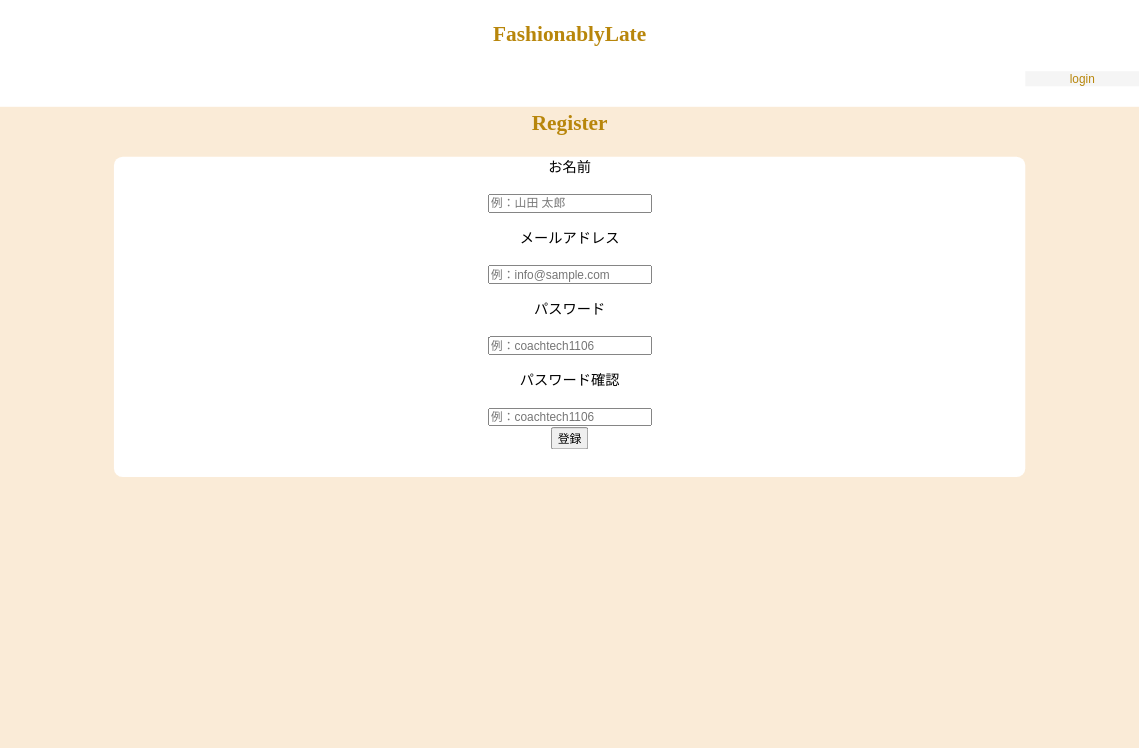
Repository: tokisiro/test-form
Page: http://localhost/register
These files come from the project's save history. The page is drawn as it stood at one moment and after the next save; the edit follows.
The browser window is 1280 px wide. The pictures show the whole page, at 89% of full size.
The page is served by the project's Laravel application, run on PHP 8.4 with Laravel 8. A made-up administrator, Test User (test@example.com), is signed in. Other server files are loaded and not shown.

Above is the page before, as saved 2025-05-07 20:51:28.

### src/routes/web.php
<?php

use Illuminate\Support\Facades\Route;
use App\Http\Controllers\ContactController;
use App\Http\Controllers\UsersController;
use Laravel\Fortify\Http\Controllers\AuthenticatedSessionController;
use Laravel\Fortify\Http\Controllers\RegisteredUserController;
/*
|--------------------------------------------------------------------------
| Web Routes
|--------------------------------------------------------------------------
|
| Here is where you can register web routes for your application. These
| routes are loaded by the RouteServiceProvider within a group which
| contains the "web" middleware group. Now create something great!
|
*/

Route::get('/',[ContactController::class, 'index']);
Route::post('/confirm',[ContactController::class, 'confirm']);
Route::post('/create',[ContactController::class, 'create']);

Route::post('/admin',[UsersController::class, 'admin']);
Route::get('/register',[UsersController::class, 'register']);




Route::middleware('auth')->group(function () {
    Route::get('/admin', [UsersController::class, 'admin']);
});

### src/app/Models/User.php
<?php

namespace App\Models;

use Illuminate\Contracts\Auth\MustVerifyEmail;
use Illuminate\Database\Eloquent\Factories\HasFactory;
use Illuminate\Foundation\Auth\User as Authenticatable;
use Illuminate\Notifications\Notifiable;
use Laravel\Sanctum\HasApiTokens;

class User extends Authenticatable
{
    use HasApiTokens, HasFactory, Notifiable;
    protected $table = 'users';

    /**
     * The attributes that are mass assignable.
     *
     * @var array<int, string>
     */
    protected $fillable = [
        'name',
        'email',
        'password',
        'remember_token',
    ];

    /**
     * The attributes that should be hidden for serialization.
     *
     * @var array<int, string>
     */
    protected $hidden = [
        'password',
        'remember_token',
    ];

    /**
     * The attributes that should be cast.
     *
     * @var array<string, string>
     */
    protected $casts = [
        'email_verified_at' => 'datetime',
    ];

    public function contacts()
{
    return $this->hasMany(Contact::class);
}
}

### src/app/Http/Controllers/UsersController.php
<?php

namespace App\Http\Controllers;

use App\Models\Category;
use App\Models\Contact;
use App\Models\User;
use Illuminate\Http\Request;
use App\Http\Requests\RegisterUserRequest;

//管理者用
class UsersController extends Controller
{
    public function register(){
        return view('register');
    }
    public function create(RegisterUserRequest $request){
        $form = $request->all();
        User::create($form);
        return view('login');
    }
    public function login(){
        return view('login');
    }
    public function admin(){


        $contacts = Contact::all()->map(function($contact) {
        switch($contact->gender) {
        case 1:
            $contact->gender_text = '男性';
            break;
        case 2:
            $contact->gender_text = '女性';
            break;
        case 3:
            $contact->gender_text = 'その他';
            break;
        default:
            $contact->gender_text = '';
            break;
        }
        // お問い合わせ内容を変換
        switch($contact->category_id) {
        case 1:
            $contact->category_name = '商品のお届けについて';
            break;
        case 2:
            $contact->category_name = '商品の交換について';
            break;
        case 3:
            $contact->category_name = '商品トラブル';
            break;
        case 4:
            $contact->category_name = 'ショップへのお問い合わせ';
            break;
        case 5:
            $contact->category_name = 'その他';
            break;
        default:
            $contact->category_name = '';
            break;
        }
        return $contact;
    });

    // もしももともと contacts がなければ空のコレクションを設定
    if ($contacts->isEmpty()) {
        $contacts = collect();
    }

    // ビューに渡す
    return view('admin', ['contacts' => $contacts]);


    }
}

### src/resources/views/register.blade.php
<!DOCTYPE html>
<html lang="ja">
<head>
    <meta charset="UTF-8">
    <meta http-equiv="X-UA-Compatible" content="IE=edge">
    <meta name="viewport" content="width=device-width, initial-scale=1.0">
    <title>FashionablyLate</title>
    <link rel="stylesheet" href="css/sanitize.css" />
    <link rel="stylesheet" href="css/register.css" />
</head>
<body>
    <!--ユーザー登録ページ-->
    <header class="header">
        <div class="header__inner">
            <a class="header__logo" href="/">
                FashionablyLate
            </a>
        </div>
        <div class="header__button">
            <a  href="/login">
                <button class="header__button-item">
                    login
                </button>
            </a>
        </div>
    </header>
    <main>
        <div class="register-form">
            <div class="register-form__title">
                <h2>Register</h2>
            </div>
            <div class="register-form__content">
                    <div class="register-form__content-item">
                        <form action="/register" method="post">
                            @csrf
                            @if (count($errors) > 0)
                            <ul>
                                @foreach ($errors->all() as $error)
                                    <li>{{$error}}</li>
                                @endforeach
                            </ul>
                        @endif
                        <div class="register">
                            <p>お名前</p>
                            <input type="text" name="name" value="{{ old('name') }}" placeholder="例：山田 太郎">
                        </div>
                        <div>
                            <p>メールアドレス</p>
                            <input type="email" name="email" value="{{ old('email') }}" placeholder="例：info@sample.com">
                        </div>
                        <div>
                            <p>パスワード</p>
                            <input type="password" name="password" placeholder="例：coachtech1106">
                        </div>
                        <div>
                            <p>パスワード確認</p>
                            <input type="password" name="password_confirmation" placeholder="例：coachtech1106">
                        </div>
                            <div class="register-form__button">
                            <button class="register-form__button-submit" type="submit">
                                登録
                            </button>
                        </div>
                        </form>
                    </div>
                <!--ボタン類を記述-->
                </div>
            </div>
        </div>
    </main>
</body>
</html>

### src/public/css/sanitize.css
/* Document
* ========================================================================== */

/**
* Add border box sizing in all browsers (opinionated).
*/

*,
::before,
::after {
    box-sizing: border-box;
}

/**
* 1. Add text decoration inheritance in all browsers (opinionated).
* 2. Add vertical alignment inheritance in all browsers (opinionated).
*/

::before,
::after {
    vertical-align: inherit;
    /* 2 */
    text-decoration: inherit;
    /* 1 */
}

/**
* 1. Use the default cursor in all browsers (opinionated).
* 2. Change the line height in all browsers (opinionated).
* 3. Use a 4-space tab width in all browsers (opinionated).
* 4. Remove the grey highlight on links in iOS (opinionated).
* 5. Prevent adjustments of font size after orientation changes in
*    IE on Windows Phone and in iOS.
* 6. Breaks words to prevent overflow in all browsers (opinionated).
*/

html {
    word-break: break-word;
    /* 6 */
    -moz-tab-size: 4;
    /* 3 */
    tab-size: 4;
    /* 3 */
    line-height: 1.5;
    /* 2 */
    cursor: default;
    /* 1 */

    -webkit-tap-highlight-color: transparent
        /* 4 */
    ;
    -ms-text-size-adjust: 100%;
    /* 5 */
    -webkit-text-size-adjust: 100%;
    /* 5 */
}

/* Sections
* ========================================================================== */

/**
* Remove the margin in all browsers (opinionated).
*/

body {
    margin: 0;
}

/**
* Correct the font size and margin on `h1` elements within `section` and
* `article` contexts in Chrome, Edge, Firefox, and Safari.
*/

h1 {
    margin: 0.67em 0;
    font-size: 2em;
}

/* Grouping content
* ========================================================================== */

/**
* Remove the margin on nested lists in Chrome, Edge, IE, and Safari.
*/

dl dl,
dl ol,
dl ul,
ol dl,
ul dl {
    margin: 0;
}

/**
* Remove the margin on nested lists in Edge 18- and IE.
*/

ol ol,
ol ul,
ul ol,
ul ul {
    margin: 0;
}

/**
* 1. Add the correct sizing in Firefox.
* 2. Show the overflow in Edge 18- and IE.
*/

hr {
    overflow: visible;
    /* 2 */
    height: 0;
    /* 1 */
}

/**
* Add the correct display in IE.
*/

main {
    display: block;
}

/**
* Remove the list style on navigation lists in all browsers (opinionated).
*/

nav ol,
nav ul {
    padding: 0;
    list-style: none;
}

/**
* 1. Correct the inheritance and scaling of font size in all browsers.
* 2. Correct the odd `em` font sizing in all browsers.
*/

pre {
    font-size: 1em;
    /* 2 */
    font-family: monospace, monospace;
    /* 1 */
}

/* Text-level semantics
* ========================================================================== */

/**
* Remove the gray background on active links in IE 10.
*/

a {
    background-color: transparent;
}

/**
* Add the correct text decoration in Edge 18-, IE, and Safari.
*/

abbr[title] {
    text-decoration: underline;
    text-decoration: underline dotted;
}

/**
* Add the correct font weight in Chrome, Edge, and Safari.
*/

b,
strong {
    font-weight: bolder;
}

/**
* 1. Correct the inheritance and scaling of font size in all browsers.
* 2. Correct the odd `em` font sizing in all browsers.
*/

code,
kbd,
samp {
    font-size: 1em;
    /* 2 */
    font-family: monospace, monospace;
    /* 1 */
}

/**
* Add the correct font size in all browsers.
*/

small {
    font-size: 80%;
}

/* Embedded content
* ========================================================================== */

/*
* Change the alignment on media elements in all browsers (opinionated).
*/

audio,
canvas,
iframe,
img,
svg,
video {
    vertical-align: middle;
}

/**
* Add the correct display in IE 9-.
*/

audio,
video {
    display: inline-block;
}

/**
* Add the correct display in iOS 4-7.
*/

audio:not([controls]) {
    display: none;
    height: 0;
}

/**
* Remove the border on iframes in all browsers (opinionated).
*/

iframe {
    border-style: none;
}

/**
* Remove the border on images within links in IE 10-.
*/

img {
    border-style: none;
}

/**
* Change the fill color to match the text color in all browsers (opinionated).
*/

svg:not([fill]) {
    fill: currentColor;
}

/**
* Hide the overflow in IE.
*/

svg:not(:root) {
    overflow: hidden;
}

/* Tabular data
* ========================================================================== */

/**
* Collapse border spacing in all browsers (opinionated).
*/

table {
    border-collapse: collapse;
}

/* Forms
* ========================================================================== */

/**
* Remove the margin on controls in Safari.
*/

button,
input,
select {
    margin: 0;
}

/**
* 1. Show the overflow in IE.
* 2. Remove the inheritance of text transform in Edge 18-, Firefox, and IE.
*/

button {
    overflow: visible;
    /* 1 */
    text-transform: none;
    /* 2 */
}

/**
* Correct the inability to style buttons in iOS and Safari.
*/

button,
[type="button"],
[type="reset"],
[type="submit"] {
    -webkit-appearance: button;
}

/**
* 1. Change the inconsistent appearance in all browsers (opinionated).
* 2. Correct the padding in Firefox.
*/

fieldset {
    padding: 0.35em 0.75em 0.625em;
    /* 2 */
    border: 1px solid #a0a0a0;
    /* 1 */
}

/**
* Show the overflow in Edge 18- and IE.
*/

input {
    overflow: visible;
}

/**
* 1. Correct the text wrapping in Edge 18- and IE.
* 2. Correct the color inheritance from `fieldset` elements in IE.
*/

legend {
    display: table;
    /* 1 */
    max-width: 100%;
    /* 1 */
    color: inherit;
    /* 2 */
    white-space: normal;
    /* 1 */
}

/**
* 1. Add the correct display in Edge 18- and IE.
* 2. Add the correct vertical alignment in Chrome, Edge, and Firefox.
*/

progress {
    display: inline-block;
    /* 1 */
    vertical-align: baseline;
    /* 2 */
}

/**
* Remove the inheritance of text transform in Firefox.
*/

select {
    text-transform: none;
}

/**
* 1. Remove the margin in Firefox and Safari.
* 2. Remove the default vertical scrollbar in IE.
* 3. Change the resize direction in all browsers (opinionated).
*/

textarea {
    overflow: auto;
    /* 2 */
    margin: 0;
    /* 1 */
    resize: vertical;
    /* 3 */
}

/**
* Remove the padding in IE 10-.
*/

[type="checkbox"],
[type="radio"] {
    padding: 0;
}

/**
* 1. Correct the odd appearance in Chrome, Edge, and Safari.
* 2. Correct the outline style in Safari.
*/

[type="search"] {
    outline-offset: -2px;
    /* 2 */

    -webkit-appearance: textfield;
    /* 1 */
}

/**
* Correct the cursor style of increment and decrement buttons in Safari.
*/

::-webkit-inner-spin-button,
::-webkit-outer-spin-button {
    height: auto;
}

/**
* Correct the text style of placeholders in Chrome, Edge, and Safari.
*/

::-webkit-input-placeholder {
    color: inherit;
    opacity: 0.54;
}

/**
* Remove the inner padding in Chrome, Edge, and Safari on macOS.
*/

::-webkit-search-decoration {
    -webkit-appearance: none;
}

/**
* 1. Correct the inability to style upload buttons in iOS and Safari.
* 2. Change font properties to `inherit` in Safari.
*/

::-webkit-file-upload-button {
    font: inherit;
    /* 2 */

    -webkit-appearance: button;
    /* 1 */
}

/**
* Remove the inner border and padding of focus outlines in Firefox.
*/

::-moz-focus-inner {
    padding: 0;
    border-style: none;
}

/**
* Restore the focus outline styles unset by the previous rule in Firefox.
*/

:-moz-focusring {
    outline: 1px dotted ButtonText;
}

/**
* Remove the additional :invalid styles in Firefox.
*/

:-moz-ui-invalid {
    box-shadow: none;
}

/* Interactive
* ========================================================================== */

/*
* Add the correct display in Edge 18- and IE.
*/

details {
    display: block;
}

/*
* Add the correct styles in Edge 18-, IE, and Safari.
*/

dialog {
    position: absolute;
    right: 0;
    left: 0;
    display: block;
    margin: auto;
    padding: 1em;
    width: -moz-fit-content;
    width: -webkit-fit-content;
    width: fit-content;
    height: -moz-fit-content;
    height: -webkit-fit-content;
    height: fit-content;
    border: solid;
    background-color: white;
    color: black;
}

dialog:not([open]) {
    display: none;
}

/*
* Add the correct display in all browsers.
*/

summary {
    display: list-item;
}

/* Scripting
* ========================================================================== */

/**
* Add the correct display in IE 9-.
*/

canvas {
    display: inline-block;
}

/**
* Add the correct display in IE.
*/

template {
    display: none;
}

/* User interaction
* ========================================================================== */

/*
* 1. Remove the tapping delay in IE 10.
* 2. Remove the tapping delay on clickable elements
in all browsers (opinionated).
*/

a,
area,
button,
input,
label,
select,
summary,
textarea,
[tabindex] {
    -ms-touch-action: manipulation;
    /* 1 */
    touch-action: manipulation;
    /* 2 */
}

/**
* Add the correct display in IE 10-.
*/

[hidden] {
    display: none;
}

/* Accessibility
* ========================================================================== */

/**
* Change the cursor on busy elements in all browsers (opinionated).
*/

[aria-busy="true"] {
    cursor: progress;
}

/*
* Change the cursor on control elements in all browsers (opinionated).
*/

[aria-controls] {
    cursor: pointer;
}

/*
* Change the cursor on disabled, not-editable, or otherwise
* inoperable elements in all browsers (opinionated).
*/

[aria-disabled="true"],
[disabled] {
    cursor: not-allowed;
}

/*
* Change the display on visually hidden accessible elements
* in all browsers (opinionated).
*/

[aria-hidden="false"][hidden] {
    display: initial;
}

[aria-hidden="false"][hidden]:not(:focus) {
    position: absolute;
    clip: rect(0, 0, 0, 0);
}

### src/public/css/register.css

.header {
    background-color: white;

}

.header__inner
{
    margin: 0 auto;
    padding: 20px 15px;
    max-width: 1230px;
    text-align: center;
}

.header__logo {
    color: #B8860B;
    text-decoration: none;
    font-weight: bold;
    font-size: 24px;
    font-family: serif;
}

.header__button{
    position: relative;
    text-align: right;
}

.header__button-item{
    color: #B8860B;
    background-color: whitesmoke;
    border: 1px;
    border-color: #B8860B;
    width: 10%;
    cursor: pointer;
}


.register-form {
    background-color: antiquewhite;
    height: 100vh;
    text-align: center;
}

.register-form__title{
    color: #B8860B;
    font-family: serif;
}

.register-form__content{
    background-color: white;
    width: 80%;
    height: 50%;
    margin: 0 auto;
    border-radius: 10px;
}

Loaded but not shown: src/app/Http/Controllers/Controller.php (common file)

After the next save:
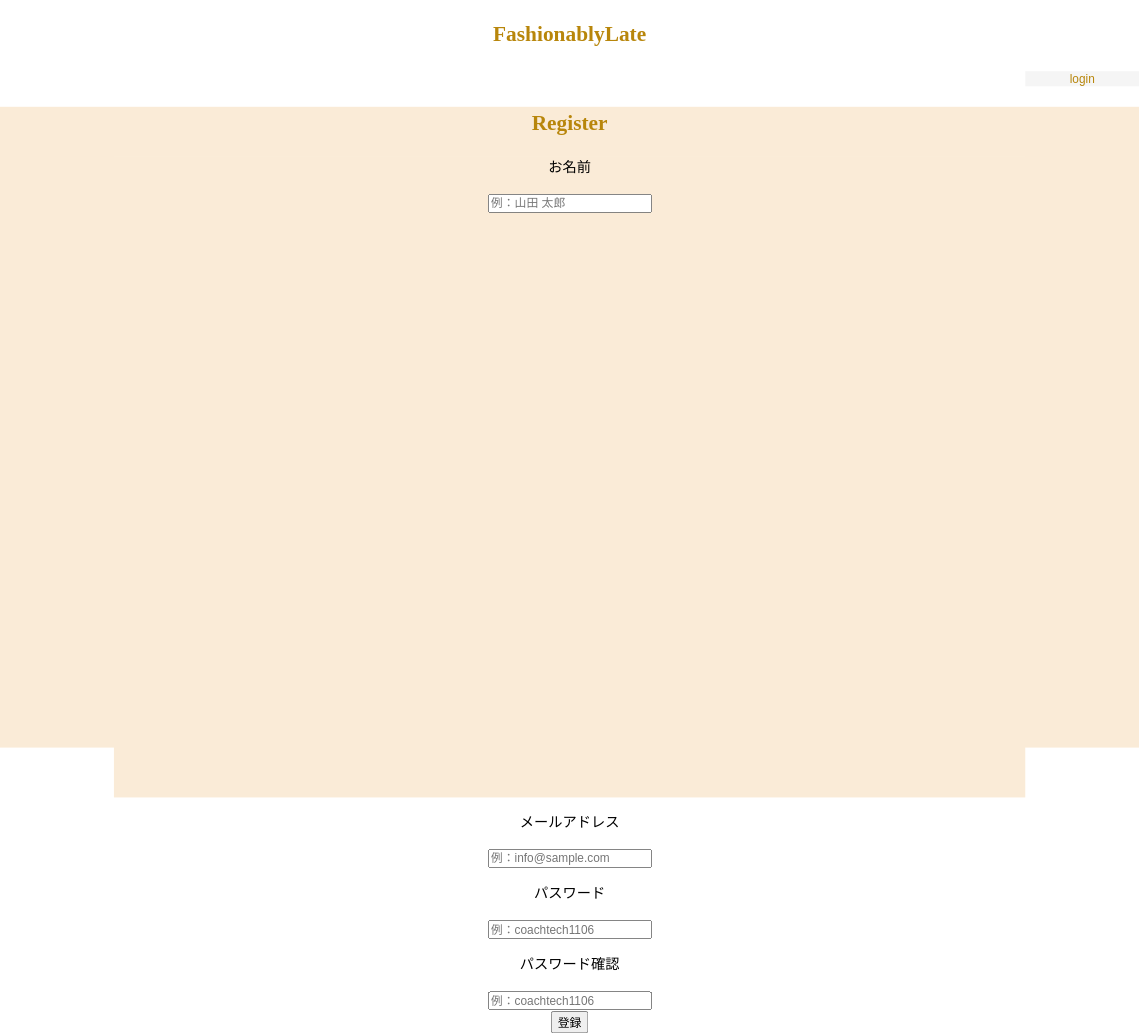
Saved 5 s later.
--- a/src/resources/views/register.blade.php
+++ b/src/resources/views/register.blade.php
@@ -40,7 +40,7 @@
                                 @endforeach
                             </ul>
                         @endif
-                        <div class="register">
+                        <div class="register-form">
                             <p>お名前</p>
                             <input type="text" name="name" value="{{ old('name') }}" placeholder="例：山田 太郎">
                         </div>

After the 3 saves that followed:
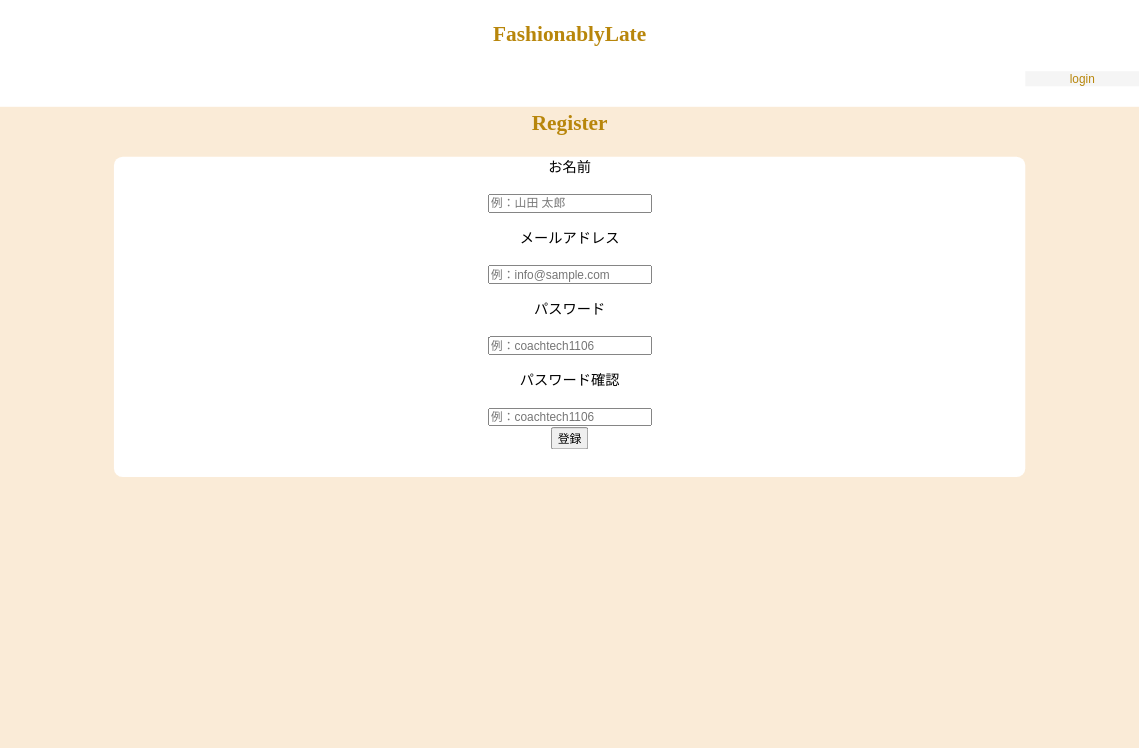
The 3 saves are shown as one change because they came seconds apart.
The last was saved 8 s later.
--- a/src/resources/views/register.blade.php
+++ b/src/resources/views/register.blade.php
@@ -40,7 +40,7 @@
                                 @endforeach
                             </ul>
                         @endif
-                        <div class="register-form">
+                        <div class="register-form__content-">
                             <p>お名前</p>
                             <input type="text" name="name" value="{{ old('name') }}" placeholder="例：山田 太郎">
                         </div>
